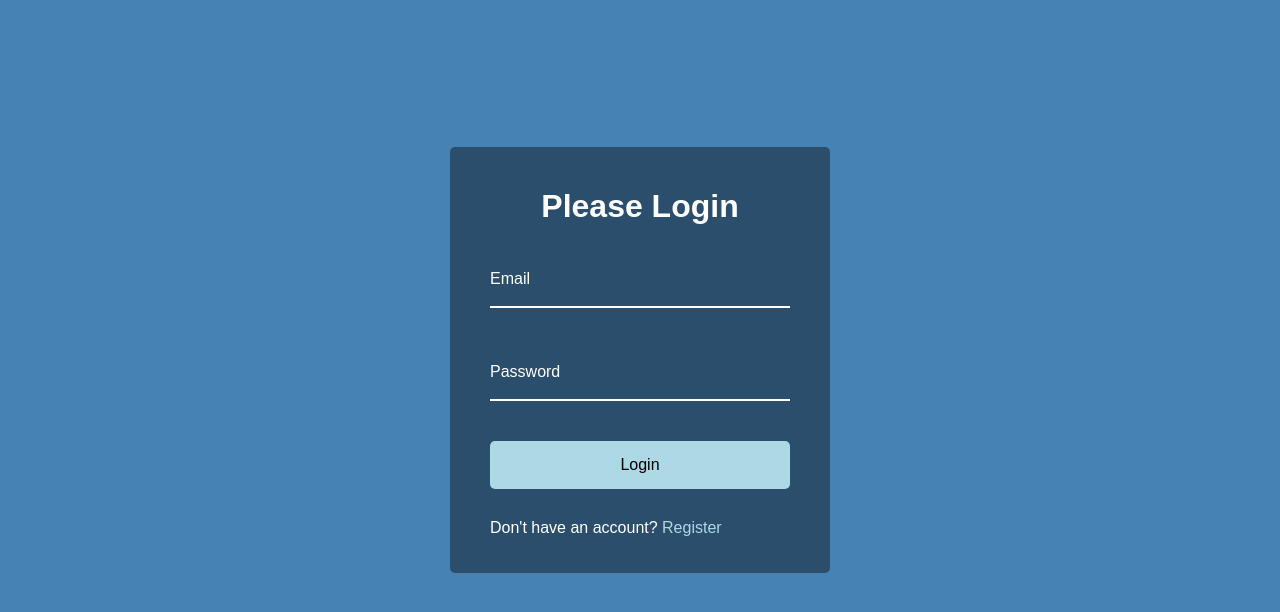
Repository: thecoachanna/form-animation
Page: index.html
The author's editor kept a copy of each file at every save. The page is drawn from the files as they stood at one save, then again after a run of saves.
The browser window is 1280 px wide. The pictures show the whole page.
Some web fonts or font styles are not loaded; a fallback is used.

Above is the page before, as saved 2023-02-26 10:06:30.
Console error: TypeError: undefined is not a function

### index.html
<!DOCTYPE html>
<html lang="en">
<head>
    <meta charset="UTF-8">
    <meta http-equiv="X-UA-Compatible" content="IE=edge">
    <meta name="viewport" content="width=device-width, initial-scale=1.0">
    <link rel="stylesheet" href="style.css">
    <title>Wave Animation</title>
</head>
<body>
    <div class="container">
        <h1>Please Login</h1>
        <form>
            <div class="form-control">
                <input type="text" required>
                <label>Email</label>
            </div>
            <div class="form-control">
                <input type="password" required>
                <label>Password</label>
            </div>
            <button class="btn">Login</button>

            <p class="text">Don't have an account? <a href="#">Register</a></p>
        </form>
    </div>
    <script src="script.js"></script>
</body>
</html>

### style.css
@import url('https://fonts.googleapis.com/css?family=Muli&display=swap');


* {
    box-sizing: border-box;
}

body {
    background-color: steelblue;
    color: white;
    font-family: 'Muli', sans-serif;
    display: flex;
    flex-direction: column;
    align-items: center;
    justify-content: center;
    height: 100vh;
    overflow: hidden;
    margin: 0;
}

.container {
    background-color: rgba(0,0,0,0.4);
    padding: 20px 40px;
    border-radius: 5px;
}

.container h1 {
    text-align: center;
    margin-bottom: 30px;
}

.container a {
    text-decoration: none;
    color: lightblue;
}

.btn {
    cursor: pointer;
    display: inline-block;
    width: 100%;
    background-color: lightblue;
    padding: 15px;
    font-family: inherit;
    font-size: 16px;
    border: 0;
    border-radius: 5px;
}

.btn:focus {
    outline: 0;
}

.btn:active {
    transform: scle(0.98);
}

.text {
    margin-top: 30px;
}

.form-control {
    position: relative;
    margin: 20px 0 40px;
    width: 300px;
}

.form-control input {
    background-color: transparent;
    border: 0;
    border-bottom: 2px #fff solid;
    display: block;
    width: 100%;
    padding: 15px 0;
    font-size: 18px;
    color: white;
}

.form-control input:focus,
.form-control input:valid {
    outline: 0;
}

.form-control label {
    position: absolute;
    top: 15px;
    left: 0;
}

### script.js
const labels = document.querySelectorAll('.form-control label')

labels.forEach(label => {
    label.innerHTML = label.innerText
        .split('')
    .map()
})

After the next 4 saves:
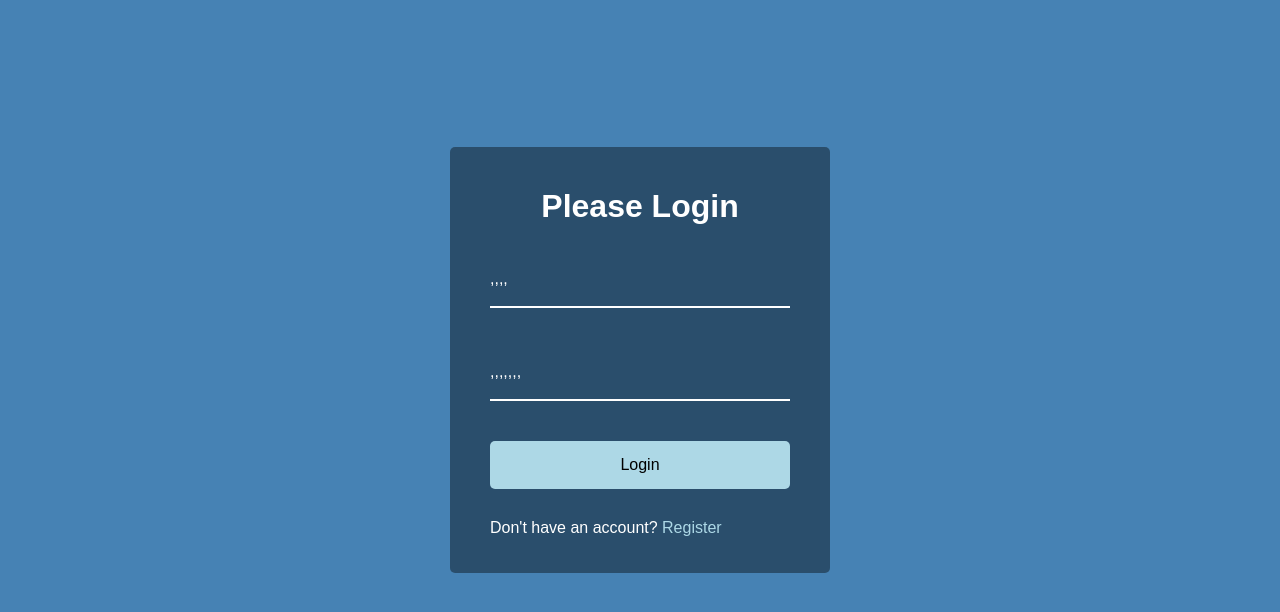
The error is gone.
The 4 saves are shown as one change because they came seconds apart.
The last was saved 20 s later.
--- a/script.js
+++ b/script.js
@@ -3,5 +3,5 @@ const labels = document.querySelectorAll('.form-control label')
 labels.forEach(label => {
     label.innerHTML = label.innerText
         .split('')
-    .map()
+    .map(() => ``)
 })
